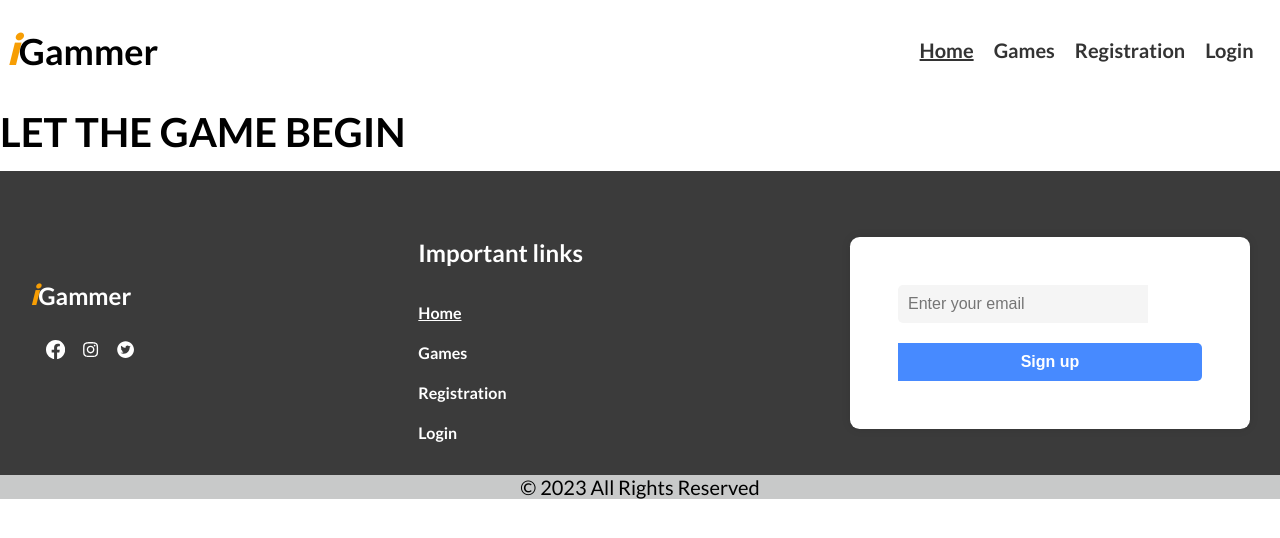
Repository: DannyMyles/iGammer
Page: /
An editor plug-in stored every save of this project. The page is shown before and after a run of saves, followed by the edit.
The browser window is 1280 px wide. The pictures show the whole page.
The project was rebuilt for these pictures with package versions that can differ from the ones it lists, and the page was loaded fresh each time. Also part of the build but not shown: src/pages/games/games.css, src/pages/games/Games.tsx, src/pages/home/home.css, src/pages/login/Login.tsx, src/pages/playgame/playgame.css, src/pages/playgame/PlayGame.tsx, src/pages/register/register.css, src/pages/register/Register.tsx.

Above is the page before, as saved 2023-03-16 11:20:49.

After the next 2 saves:
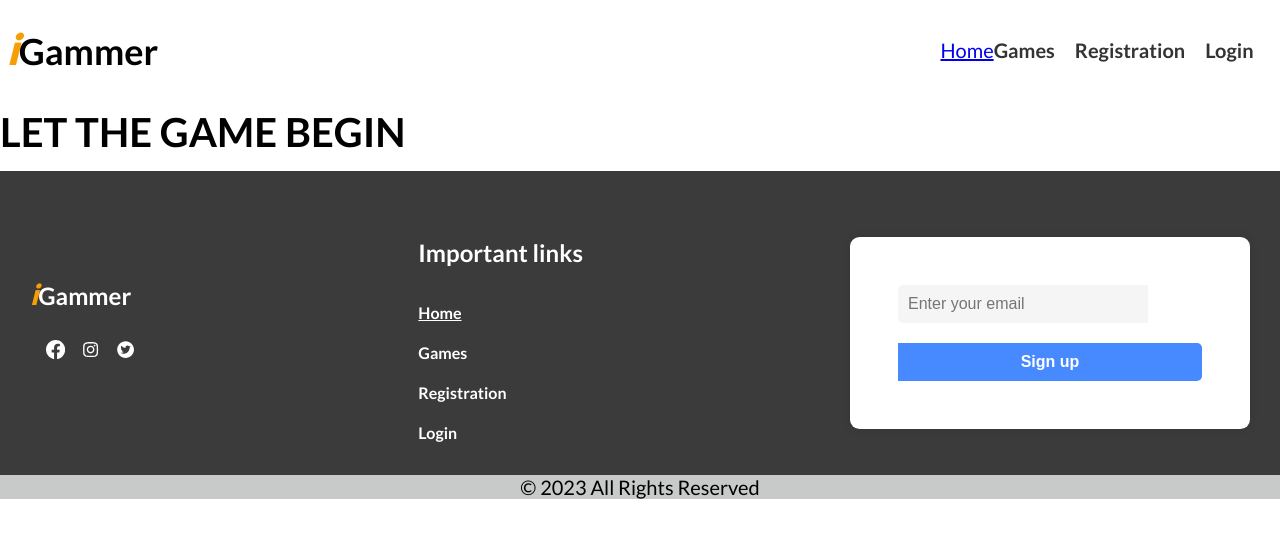
The 2 saves are shown as one change because they came seconds apart.
The last was saved 6 min 23 s later.
--- a/src/components/navbar/Navbar.tsx
+++ b/src/components/navbar/Navbar.tsx
@@ -10,7 +10,7 @@
         <div className="links">
           <ul className="nav-list">
             <li>
-              <NavLink to="/" className="nav-link active">
+              <NavLink to="/" activeclassName="nav-link active">
                 Home
               </NavLink>
             </li>

After the save that followed:
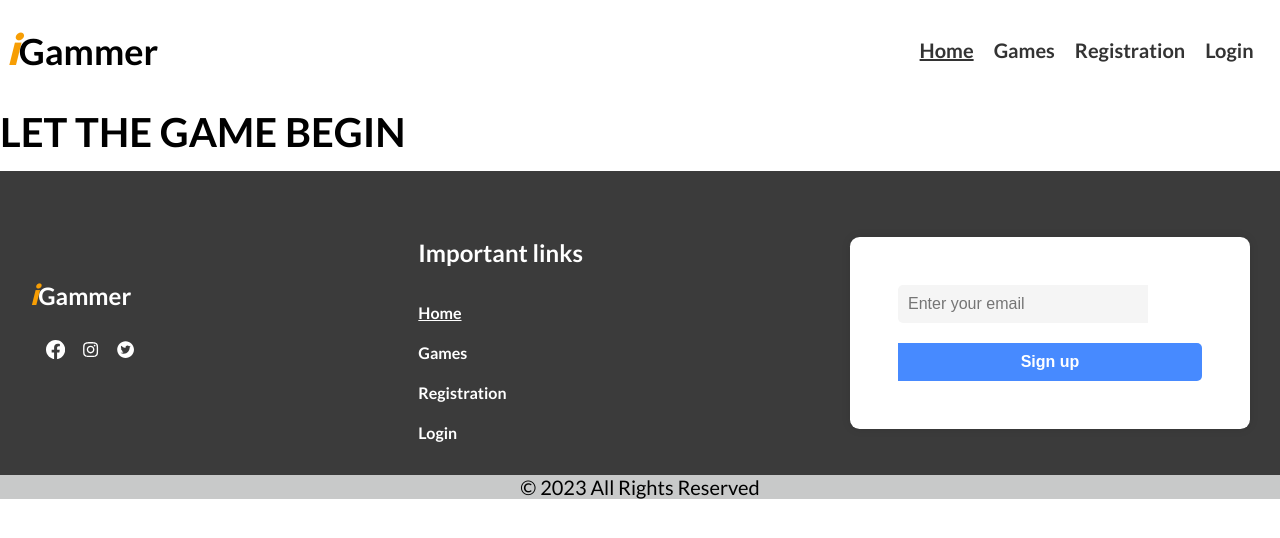
Saved 8 s later.
--- a/src/components/navbar/Navbar.tsx
+++ b/src/components/navbar/Navbar.tsx
@@ -10,7 +10,7 @@
         <div className="links">
           <ul className="nav-list">
             <li>
-              <NavLink to="/" activeclassName="nav-link active">
+              <NavLink to="/" className="nav-link active">
                 Home
               </NavLink>
             </li>
